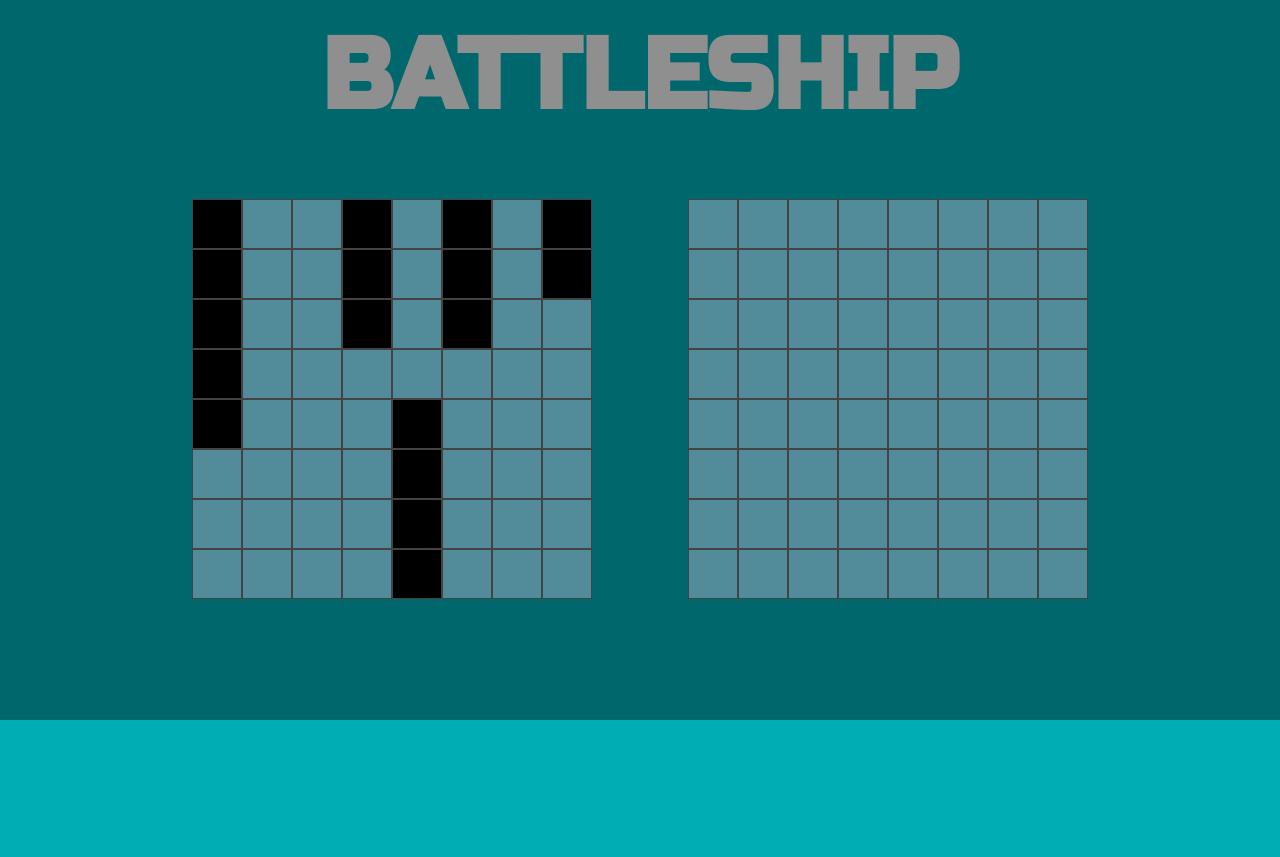
Repository: AzharMoosa/battleship
Page: /
The author's editor kept a copy of each file at every save. The page is drawn from the files as they stood at one save, then again after the next save.
The browser window is 1280 px wide. The pictures show the whole page.
The project was rebuilt for these pictures with package versions that can differ from the ones it lists, and the page was loaded fresh each time.

Above is the page before, as saved 2020-07-09 10:00:57.

### src/App.js
import React from "react";
import Header from "./components/Header";
import Board from "./components/Board";
import { PlayersProvider } from "./context/PlayersContext";
import "./App.css";
import PlaceShip from "./components/PlaceShip";

function App() {
  return (
    <PlayersProvider>
      <div>
        <Header />
        <Board />
        <PlaceShip />
      </div>
    </PlayersProvider>
  );
}

export default App;

### src/components/Header.js
import React from "react";

const Header = () => {
  return (
    <div className='header'>
      <h1>Battleship</h1>
    </div>
  );
};

export default Header;

### src/components/Board.js
import React, { useState } from "react";
import Square from "./Square";
import PlainSquare from "./PlainSquare";
import Player from "../functions/Player";
import Gameboard from "../functions/Gameboard";
import Overlay from "./Overlay";
import HitMiss from "./HitMiss";
import { v4 as uuidv4 } from "uuid";

const Board = () => {
  // eslint-disable-next-line
  const [player, setPlayer] = useState(Player(false));
  // eslint-disable-next-line
  const [computer, setComputer] = useState(Player(true));
  const [playerBoard, setPlayerBoard] = useState(Gameboard());
  const [computerBoard, setComputerBoard] = useState(Gameboard());
  const [playerTurn, setPlayerTurn] = useState(true);

  const getOutcome = (hit) => {
    let outcome = document.querySelector(".hit-miss-outcome");
    if (hit === true) {
      outcome.innerHTML = "Hit!";
    } else {
      outcome.innerHTML = "Miss!";
    }
  };

  const startGame = () => {
    playerBoard.placeShip(0, 0, player.ships[0], 1);
    playerBoard.placeShip(4, 4, player.ships[1], 1);
    playerBoard.placeShip(3, 0, player.ships[2], 1);
    playerBoard.placeShip(5, 0, player.ships[3], 1);
    playerBoard.placeShip(7, 0, player.ships[4], 1);

    computerBoard.placeShip(0, 0, computer.ships[0], 0);
    computerBoard.placeShip(4, 2, computer.ships[1], 0);
    computerBoard.placeShip(0, 3, computer.ships[2], 0);
    computerBoard.placeShip(3, 5, computer.ships[3], 0);
    computerBoard.placeShip(0, 7, computer.ships[4], 0);
  };

  const getBoardElm = (elm) => {
    if (elm !== "") {
      return "square ship";
    } else {
      return "square";
    }
  };

  const displayModal = (name) => {
    let modal = document.querySelector(".modal");
    let title = document.querySelector(".winner-name");
    let overlay = document.querySelector(".overlay");
    modal.style.display = "block";
    overlay.style.display = "none";
    if (name === "Computer") {
      title.innerHTML = "Computer Wins";
    } else if (name === "Player") {
      title.innerHTML = "Player Wins";
    }
  };

  const resetGame = () => {
    setPlayer(Player(false));
    setComputer(Player(true));
    setPlayerBoard(Gameboard());
    setComputerBoard(Gameboard());
    setPlayerTurn(true);
    let modal = document.querySelector(".modal");
    let overlay = document.querySelector(".overlay");
    let outcome = document.querySelector(".hit-miss-outcome");
    modal.style.display = "none";
    overlay.style.display = "grid";
    outcome.innerHTML = "";
  };

  const gameOver = () => {
    if (playerBoard.allShipSunk(player.ships)) {
      displayModal("Computer");
    } else if (computerBoard.allShipSunk(computer.ships)) {
      displayModal("Player");
    }
  };

  const attackComputer = (e) => {
    if (playerTurn === true) {
      let updatedBoard = computerBoard;
      // Get Coord
      let coords = e.target.id.split(",");
      let x = coords[1];
      let y = coords[0];
      player.attackEnemy(updatedBoard, parseInt(x), parseInt(y));
      if (computerBoard.grid[x][y] === "") {
        e.target.classList.add("ship-miss");
        getOutcome(false);
      } else {
        e.target.classList.add("ship-hit");
        getOutcome(true);
      }
      setComputerBoard(updatedBoard);
      setPlayerTurn(false);
    }
    computerTurn();
  };

  const computerTurn = () => {
    if (playerTurn === true) {
      let updatedBoard = playerBoard;
      let randomCoords = computer.getRandomCoords();
      let square = document.getElementById(randomCoords);
      let coords = randomCoords.split(",");
      let x = coords[1];
      let y = coords[0];
      computer.computerAttack(updatedBoard, x, y);
      if (playerBoard.grid[x][y] === "") {
        square.classList.add("ship-miss");
      } else {
        square.classList.add("ship-hit");
      }
      gameOver();
      setPlayerBoard(updatedBoard);
      setPlayerTurn(true);
    }
  };

  return (
    <div className='container'>
      <HitMiss />
      <div className='game-boards'>
        {startGame()}
        <div className='game-board'>
          {playerBoard.grid.map((col, j) =>
            col.map((elm, i) => (
              <Square
                key={uuidv4()}
                elm={elm}
                getBoardElm={getBoardElm}
                id={`${i},${j}`}
              />
            ))
          )}
        </div>

        <div className='comp'>
          <div className='game-board comp-board'>
            {computerBoard.grid.map((col, j) =>
              col.map((elm, i) => (
                <Square
                  key={uuidv4()}
                  elm={elm}
                  getBoardElm={getBoardElm}
                  attackComputer={attackComputer}
                  id={`${i},${j}`}
                />
              ))
            )}
          </div>
          <div className='overlay game-board'>
            {computerBoard.grid.map((col, j) =>
              col.map((elm, i) => <PlainSquare key={uuidv4()} />)
            )}
          </div>
        </div>
      </div>
      <Overlay resetGame={resetGame} />
    </div>
  );
};

export default Board;

### src/context/PlayersContext.js
import React, { useState, createContext } from "react";
import Player from "../functions/Player";
import Gameboard from "../functions/Gameboard";

export const PlayersContext = createContext();

export const PlayersProvider = (props) => {
  const [players, usePlayers] = useState([
    // Player
    {
      player: Player(false),
      board: Gameboard(),
    },
    // Computer
    {
      player: Player(true),
      board: Gameboard(),
    },
  ]);

  return (
    <PlayersContext.Provider value={[players, usePlayers]}>
      {props.children}
    </PlayersContext.Provider>
  );
};

### src/App.css
@import url("https://fonts.googleapis.com/css2?family=Russo+One&display=swap");

:root {
  --bg-primary: #00adb5;
  --bg-light: #eeeeee;
  --bg-dark: #222831;
}

* {
  margin: 0;
  padding: 0;
  box-sizing: border-box;
}

body {
  font-family: "Russo One", sans-serif;
  background-color: var(--bg-primary);
}

.header {
  text-align: center;
}

.header h1 {
  color: var(--bg-light);
  font-size: 100px;
  text-transform: uppercase;
  margin-top: 1rem;
}

.game-boards {
  display: flex;
  align-items: center;
  justify-content: space-between;
  width: 70%;
  height: 55vh;
  margin: 3rem auto;
}

.game-board {
  display: grid;
  grid-template-columns: repeat(8, 1fr);
  width: 400px;
  height: 400px;
}

.square {
  border: 1px solid #707070;
  background-color: rgb(136, 231, 255);
  width: 50px;
  height: 50px;
  pointer-events: auto !important;
  cursor: pointer;
}

.plain-square {
  border: 1px solid #707070;
  background-color: rgb(136, 231, 255);
  width: 50px;
  height: 50px;
  pointer-events: none !important;
  cursor: pointer;
}

.ship {
  background-color: #000;
}

.ship-hit {
  background-color: rgb(255, 77, 77) !important;
  pointer-events: none !important;
}

.ship-miss {
  background-color: #fff !important;
  pointer-events: none !important;
}

.comp {
  display: grid;
}

.comp-board,
.overlay {
  grid-area: 1 / 1;
}

.container {
  display: flex;
  flex-direction: column;
  height: 100vh;
}

.overlay {
  pointer-events: none;
}

.start {
  /* display: none; */
  position: fixed;
  z-index: 1;
  left: 0;
  top: 0;
  width: 100%;
  height: 100%;
  background-color: rgb(0, 0, 0);
  background-color: rgba(0, 0, 0, 0.4);
}

.modal {
  display: none;
  position: fixed;
  z-index: 1;
  left: 0;
  top: 0;
  width: 100%;
  height: 100%;
  background-color: rgb(0, 0, 0);
  background-color: rgba(0, 0, 0, 0.4);
}

.modal-content-results {
  background-color: #f5f5f5;
  margin: 30vh auto;
  padding: 20px;
  border: 1px solid #888;
  width: 400px;
  height: 200px;
  display: flex;
  flex-direction: column;
  align-items: center;
  justify-content: center;
}

.winner-name {
  text-align: center;
  margin-bottom: 2rem;
  font-size: 40px;
}

.btn-primary {
  background-color: var(--bg-dark);
  color: #fff;
  width: 150px;
  height: 50px;
  font-size: 20px;
  border: none;
  outline: none;
  font-family: "Russo One", sans-serif;
  border-radius: 20px;
  cursor: pointer;
}

.hit-miss {
  display: flex;
  align-items: center;
  justify-content: center;
  margin-top: 1rem;
}

.hit-miss-outcome {
  color: #fff;
  font-size: 50px;
}

@media (min-width: 1700px) {
  .game-boards {
    height: 70vh;
    width: 80%;
  }

  .game-board {
    width: 650px;
    height: 650px;
  }

  .square,
  .plain-square {
    width: 81.25px;
    height: 81.25px;
  }
}

@media (max-width: 1200px) {
  .game-boards {
    height: 70vh;
    width: 80%;
    display: flex;
    flex-direction: column;
  }

  .game-board {
    width: 500px;
    height: 500px;
  }

  .comp {
    margin-top: 3rem;
  }

  .square,
  .plain-square {
    width: 62.5px;
    height: 62.5px;
  }
}

@media (max-width: 768px) {
  .header h1 {
    font-size: 60px;
  }

  .game-boards {
    width: 80%;
    display: flex;
    flex-direction: column;
  }

  .game-board {
    width: 400px;
    height: 400px;
  }

  .comp {
    margin-top: 3rem;
  }

  .square,
  .plain-square {
    width: 50px;
    height: 50px;
  }
}

@media (max-width: 414px) {
  .header h1 {
    font-size: 40px;
  }

  .game-boards {
    width: 70%;
    display: flex;
    flex-direction: column;
  }

  .game-board {
    width: 300px;
    height: 300px;
  }

  .comp {
    margin-top: 3rem;
  }

  .square,
  .plain-square {
    width: 37.5px;
    height: 37.5px;
  }

  .modal-content-results {
    width: 300px;
  }

  .winner-name {
    font-size: 35px;
  }

  .btn-primary {
    background-color: var(--bg-dark);
    color: #fff;
    width: 150px;
    height: 50px;
    font-size: 20px;
    border: none;
    outline: none;
    font-family: "Russo One", sans-serif;
    border-radius: 20px;
    cursor: pointer;
  }
}

@media (max-width: 375px) {
  .header h1 {
    font-size: 35px;
  }

  .game-boards {
    width: 70%;
    display: flex;
    flex-direction: column;
  }

  .game-board {
    width: 280px;
    height: 280px;
  }

  .comp {
    margin-top: 3rem;
  }

  .square,
  .plain-square {
    width: 35px;
    height: 35px;
  }
}

@media (max-width: 320px) {
  .modal-content-results {
    width: 250px;
  }

  .winner-name {
    font-size: 30px;
  }
}

### src/components/PlaceShip.js
import React from "react";

const PlaceShip = () => {
  return (
    <div className='start'>
      <div className='start-content'></div>
    </div>
  );
};

export default PlaceShip;

### src/components/Square.js
import React from "react";

const Square = ({ elm, attackComputer, getBoardElm, id }) => {
  return (
    <div className={getBoardElm(elm)} id={id} onClick={attackComputer}></div>
  );
};

export default Square;

### src/components/PlainSquare.js
import React from "react";

const PlainSquare = () => {
  return <div className='plain-square'></div>;
};

export default PlainSquare;

### src/functions/Player.js
import Ship from "./Ship";

const Player = (ai) => {
  let previousShots = [];

  // Create Ships
  let carrier = Ship("Carrier", 5);
  let battleship = Ship("Battleship", 4);
  let cruiser = Ship("Cruiser", 3);
  let submarine = Ship("Submarine", 3);
  let destroyer = Ship("Destroyer", 2);
  let ships = [carrier, battleship, cruiser, submarine, destroyer];

  const attackEnemy = (enemyBoard, x, y) => {
    if (!previousShots.includes([x, y])) {
      enemyBoard.receiveAttack(x, y);
      previousShots.push([parseInt(x), parseInt(y)]);
      return true;
    }
    return false;
  };

  const checkCoord = (x, y) => {
    previousShots.forEach((coords) => {
      if (
        parseInt(coords[1]) === parseInt(x) &&
        parseInt(coords[0]) === parseInt(y)
      ) {
        return true;
      }
    });
    return false;
  };

  const getRandomCoords = (gameboard) => {
    let maximum = 7;
    let minimum = 0;
    let x = 0;
    let y = 0;

    do {
      x = Math.floor(Math.random() * (maximum - minimum + 1)) + minimum;
      y = Math.floor(Math.random() * (maximum - minimum + 1)) + minimum;
    } while (checkCoord(x, y));
    return `${x},${y}`;
  };

  const computerAttack = (enemyBoard, x, y) => {
    enemyBoard.receiveAttack(x, y);
    previousShots.push([x, y]);
  };

  return { previousShots, ships, attackEnemy, computerAttack, getRandomCoords };
};

export default Player;

### src/functions/Gameboard.js
const Gameboard = () => {
  let previousShots = [];
  const grid = new Array(8).fill("");
  for (let i = 0; i < grid.length; i++) {
    grid[i] = new Array(8).fill("");
  }

  const getGrid = () => {
    return grid;
  };

  const getPreviousShots = () => {
    return previousShots;
  };

  const placeShip = (x, y, ship, orientation) => {
    // Horizontal Orientation = 0
    // Vertical Orientation = 1

    // Check If Ship Fits
    let shipLength = ship.length;

    if (orientation === 0) {
      for (let i = x; i < x + ship.length; i++) {
        if (grid[y][i] !== "" || x + shipLength > 8) {
          return false;
        }
        grid[y][i] = ship;
        ship.setShipCoords(y, i);
      }
    } else if (orientation === 1) {
      for (let i = y; i < y + ship.length; i++) {
        if (grid[i][x] !== "" || y + shipLength > 8) {
          return false;
        }
        grid[i][x] = ship;
        ship.setShipCoords(i, x);
      }
    }
    return true;
  };

  const flatten = (arr) => {
    return arr.join(" |-| ");
  };

  const receiveAttack = (x, y) => {
    // Check if ship is at position
    if (grid[x][y] !== "") {
      let ship = grid[x][y];
      let shipCoords = ship.getShipCoords();
      let arrSearch = shipCoords.map((row) => {
        return flatten(row);
      });
      let pos = arrSearch.indexOf(flatten([x, y]));
      if (!ship.isHit(pos)) {
        ship.hit(pos);
        return true;
      }
    }
    previousShots.push([x, y]);
    return false;
  };

  const allShipSunk = (ships) => {
    for (let i = 0; i < ships.length; i++) {
      if (!ships[i].isSunk()) {
        return false;
      }
    }

    return true;
  };

  return {
    grid,
    previousShots,
    getGrid,
    placeShip,
    receiveAttack,
    getPreviousShots,
    allShipSunk,
  };
};

export default Gameboard;

### src/components/Overlay.js
import React from "react";

const Overlay = ({ resetGame }) => {
  return (
    <div className='modal'>
      <div className='modal-content-results'>
        <h1 className='winner-name'>Player Wins</h1>
        <button className='btn-primary' onClick={resetGame}>
          Restart
        </button>
      </div>
    </div>
  );
};

export default Overlay;

### src/components/HitMiss.js
import React from "react";

const HitMiss = () => {
  return (
    <div className='hit-miss'>
      <h1 className='hit-miss-outcome'>{}</h1>
    </div>
  );
};

export default HitMiss;

### src/functions/Ship.js
const Ship = (name, length) => {
  // Fills ship with false
  const ship = new Array(length).fill(false);
  let shipCoords = [];

  // Hit
  const hit = (pos) => (ship[pos] = true);

  // If Ship Sunk
  const isSunk = () => {
    return ship.every((v) => v === true);
  };

  const isHit = (pos) => {
    return ship[pos] === true ? true : false;
  };

  // Returns ship
  const getShip = () => {
    return ship;
  };

  const setShipCoords = (x, y) => {
    shipCoords.push([x, y]);
  };

  const getShipCoords = () => {
    return shipCoords;
  };

  return {
    name,
    ship,
    length,
    hit,
    isSunk,
    isHit,
    getShip,
    setShipCoords,
    getShipCoords,
  };
};

export default Ship;

Loaded but not shown: public/index.html (common file); src/index.js (common file)

After the next save:
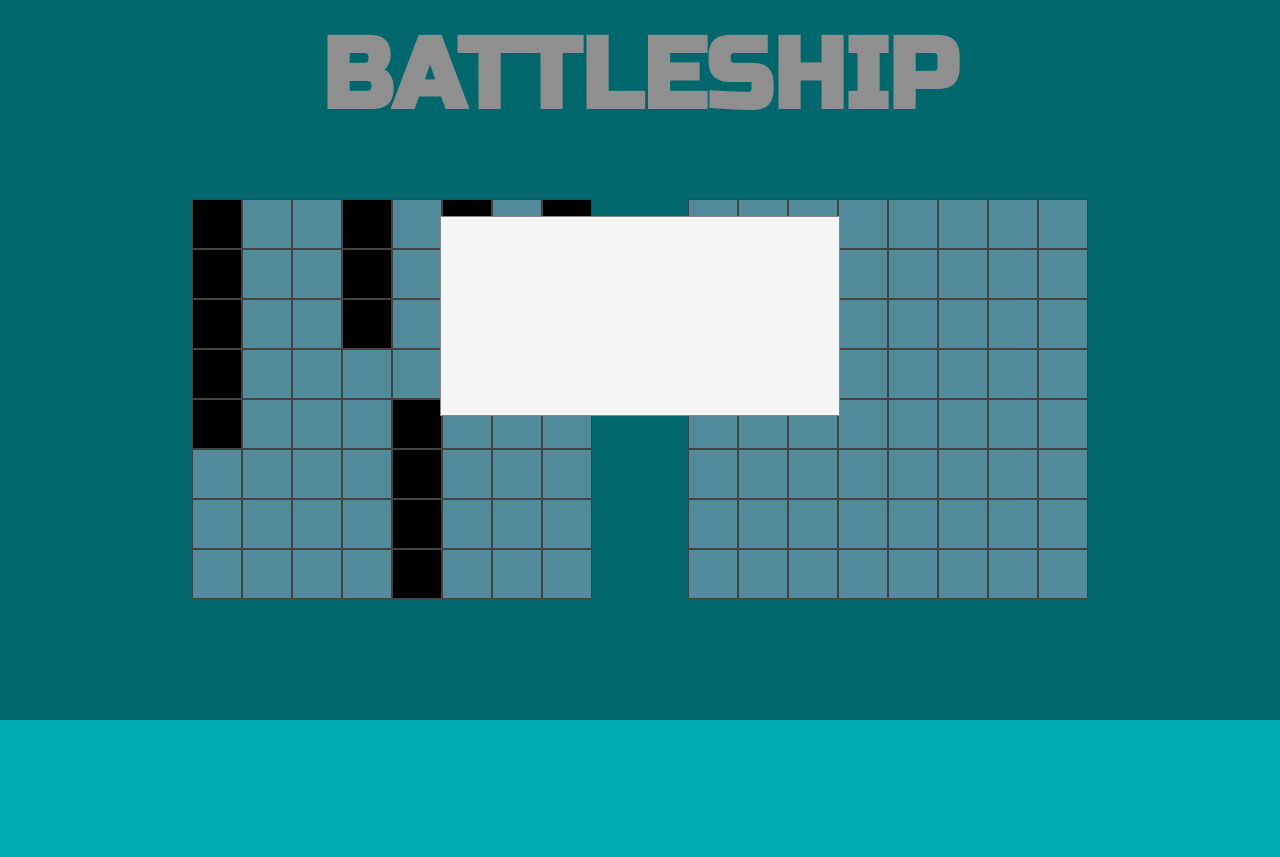
Saved 17 s later.
--- a/src/App.css
+++ b/src/App.css
@@ -105,6 +105,19 @@ body {
   height: 100%;
   background-color: rgb(0, 0, 0);
   background-color: rgba(0, 0, 0, 0.4);
+}
+
+.start-content {
+  background-color: #f5f5f5;
+  margin: 30vh auto;
+  padding: 20px;
+  border: 1px solid #888;
+  width: 400px;
+  height: 200px;
+  display: flex;
+  flex-direction: column;
+  align-items: center;
+  justify-content: center;
 }
 
 .modal {
